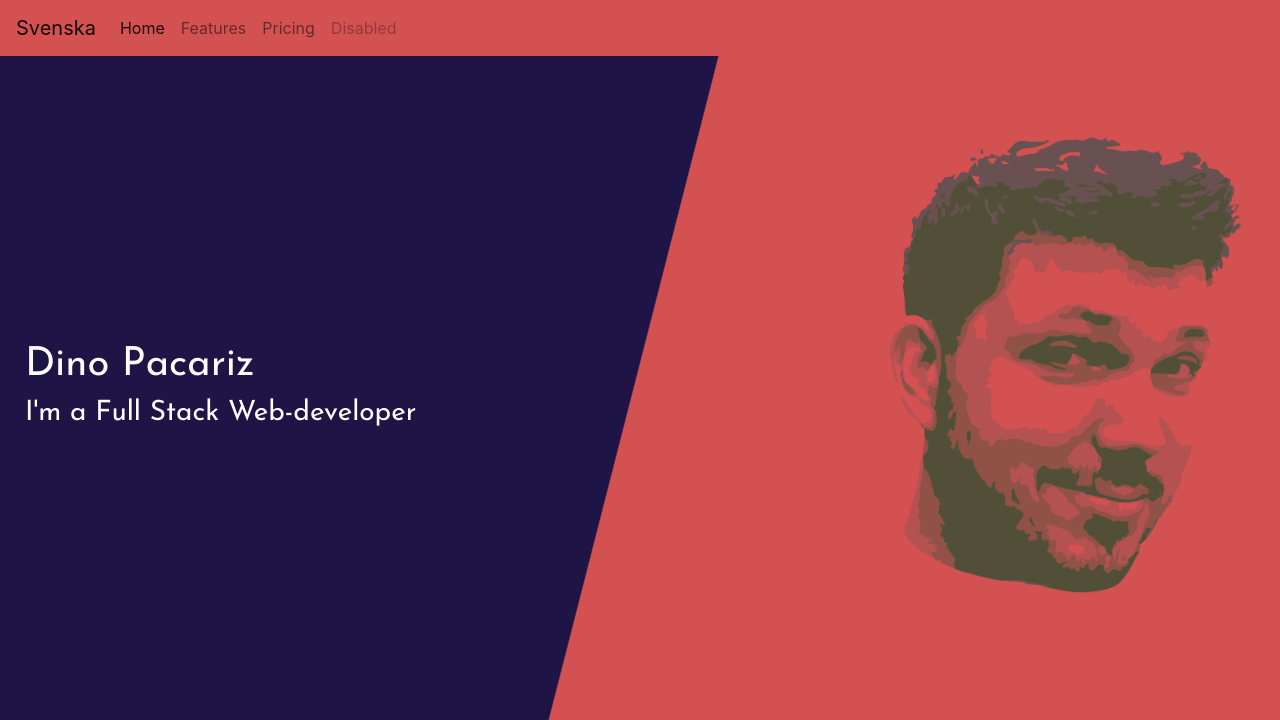
Repository: ImDino/Portfolio
Page: index.html
The author's editor kept a copy of each file at every save. The page is drawn from the files as they stood at one save, then again after the next save.
The browser window is 1280 px wide. The pictures show the whole page.
Some web libraries are served in a nearby version. The style sheet was rebuilt from its Sass, Less or Tailwind sources for each picture, by a compiler version that may differ from the author's.

Above is the page before, as saved 2020-11-04 12:52:23.

After the next save:
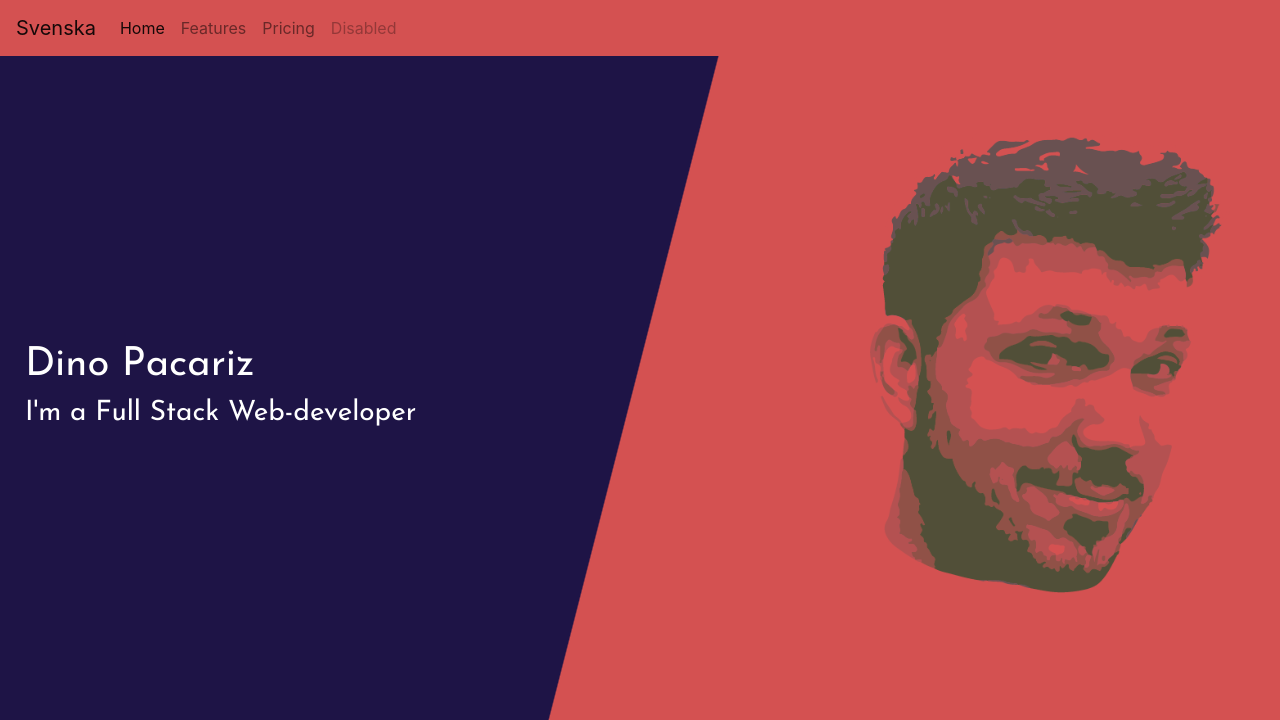
Saved 5 s later.
--- a/scss/main.scss
+++ b/scss/main.scss
@@ -40,7 +40,7 @@ body {
     bottom: 0;
     left: 0;
     right: 0;
-    margin-right: 30px;
+    margin-right: 50px;
     background: url('/img/vectorFace.png') no-repeat;
     background-color: #D45151;
     z-index: -2;
